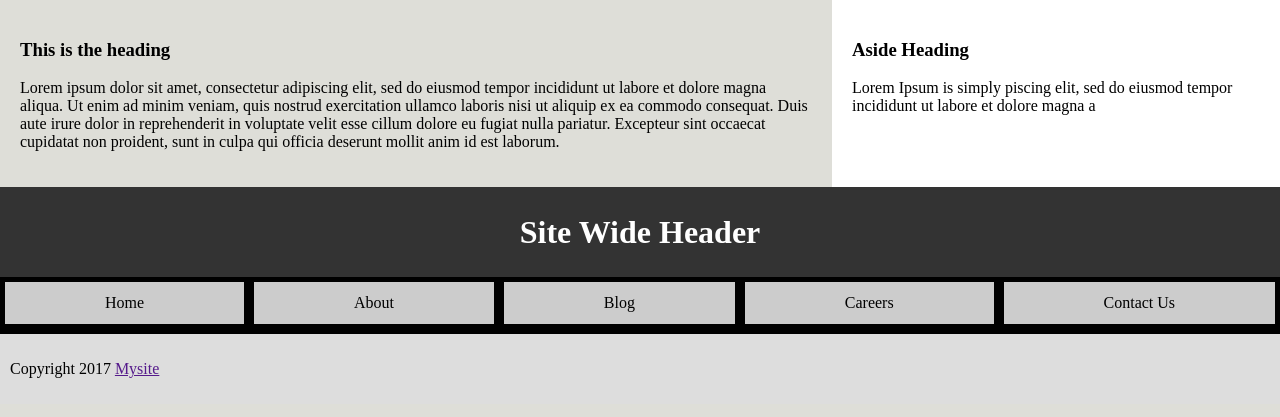
Repository: ayeza-baseer/AssignmentFlexbox
Page: assignment.html
These files come from the project's save history. The page is drawn as it stood at one moment and after the next save; the edit follows.
The browser window is 1280 px wide. The pictures show the whole page.

Above is the page before, as saved 2023-03-17 16:43:41.

After the next save:
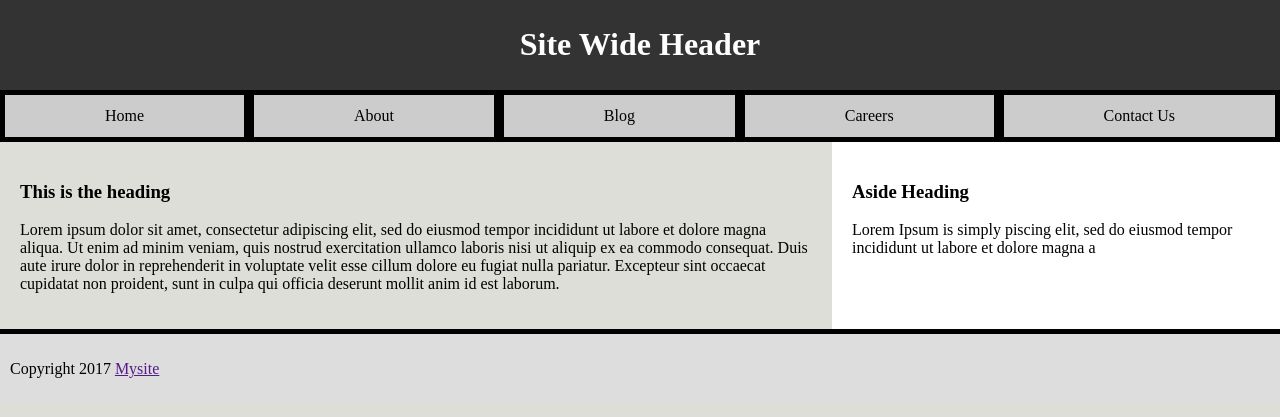
Saved 13 s later.
--- a/assignment.css
+++ b/assignment.css
@@ -42,7 +42,7 @@
   .row {
     display: flex;
     flex-wrap:wrap;
-
+    order:3
   }
 
   .row > .aside {
